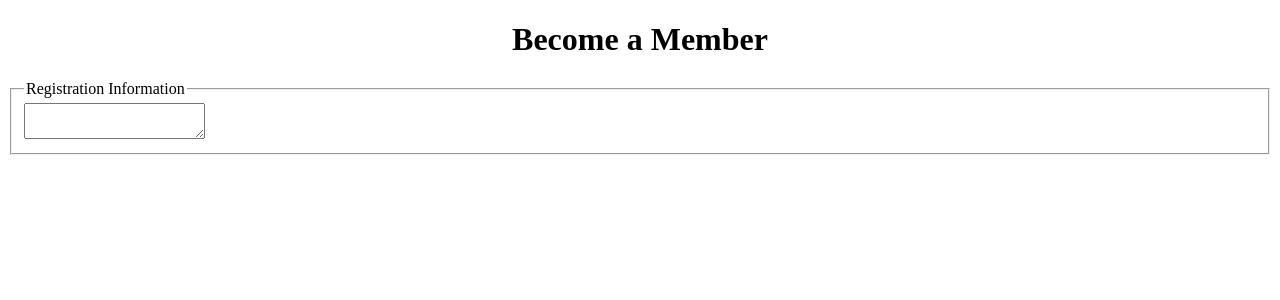
Repository: kjungyoun/Web_Study_2021
Page: homework_front/WebContent/0302/0302.html
These files come from the project's save history. The page is drawn as it stood at one moment and after the next save; the edit follows.
The browser window is 1280 px wide. The pictures show the whole page.

Above is the page before, as saved 2021-03-02 08:44:17.

After the next save:
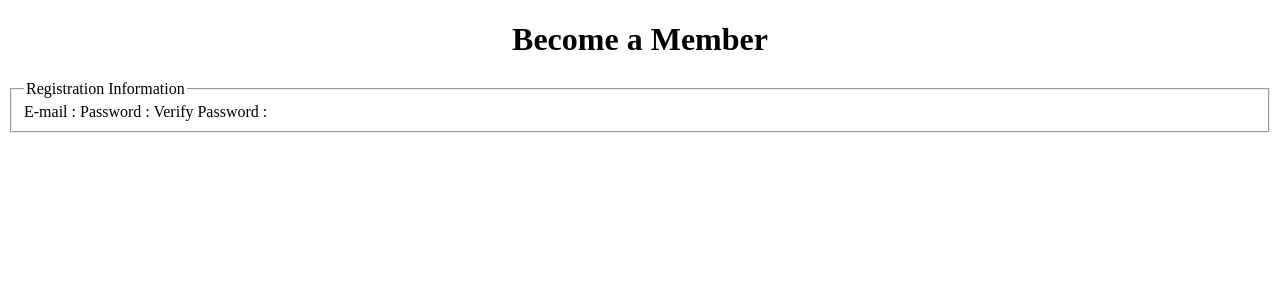
Saved 2 min 41 s later.
--- a/homework_front/WebContent/0302/0302.html
+++ b/homework_front/WebContent/0302/0302.html
@@ -16,7 +16,13 @@
 		<table>
 			<tbody>
 				<tr>
-					<textarea></textarea>
+					<lable for="userid">E-mail : </lable>
+				</tr>
+				<tr>
+					<lable for="password">Password : </lable>
+				</tr>
+				<tr>
+					<lable for="vpassword">Verify Password : </lable>
 				</tr>
 			</tbody>
 		</table>
